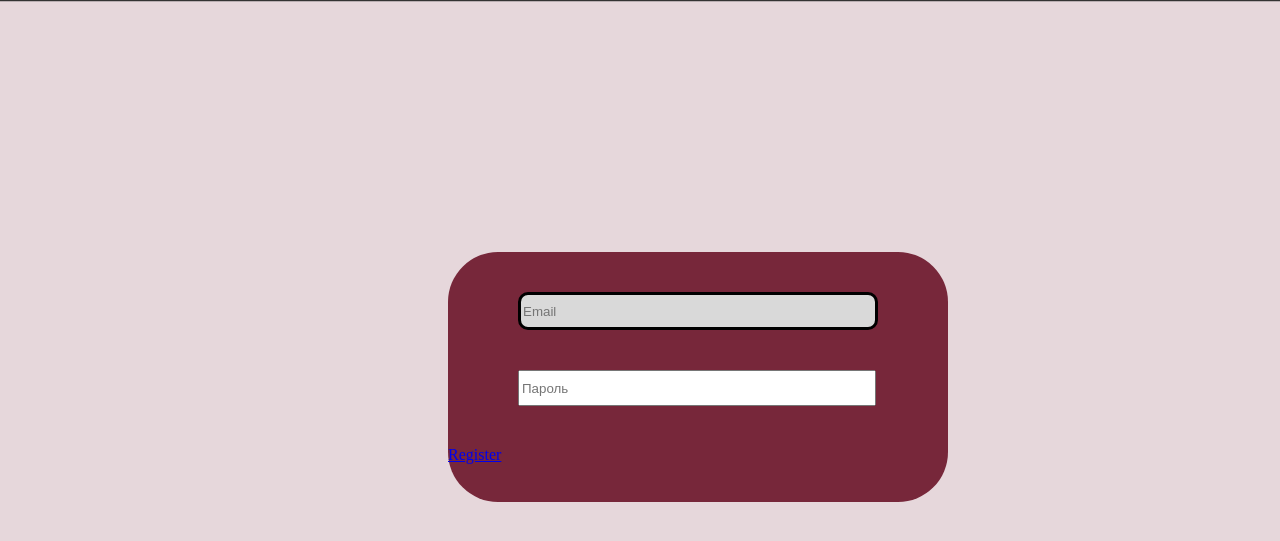
Repository: Kotya2001/FuzzyOps-App
Page: /login (app in frontend/my-app/)
An editor plug-in stored every save of this project. The page is shown before and after the next save, followed by the edit.
The browser window is 1280 px wide. The pictures show the whole page.
The project was rebuilt for these pictures with package versions that can differ from the ones it lists, and the page was loaded fresh each time. Also part of the build but not shown: frontend/my-app/src/pages/Item.js, frontend/my-app/src/pages/Base.js, frontend/my-app/src/pages/Resources.js, frontend/my-app/src/pages/Register.js.

Above is the page before, as saved 2022-09-18 17:50:12.

### frontend/my-app/public/index.html
<!DOCTYPE html>
<html lang="en">
  <head>
    <meta charset="utf-8" />
    <link rel="icon" href="../img/logotype.ico" />
    <meta name="viewport" content="width=device-width, initial-scale=1" />
    <meta name="theme-color" content="#000000" />
    <meta
      name="description"
      content="Web site created using create-react-app"
    />
    <!--
      manifest.json provides metadata used when your web app is installed on a
      user's mobile device or desktop. See https://developers.google.com/web/fundamentals/web-app-manifest/
    -->
    <link rel="manifest" href="%PUBLIC_URL%/manifest.json" />
    <!--
      Notice the use of %PUBLIC_URL% in the tags above.
      It will be replaced with the URL of the `public` folder during the build.
      Only files inside the `public` folder can be referenced from the HTML.

      Unlike "/favicon.ico" or "favicon.ico", "%PUBLIC_URL%/favicon.ico" will
      work correctly both with client-side routing and a non-root public URL.
      Learn how to configure a non-root public URL by running `npm run build`.
    -->
    <title>FuzzyOps</title>
  </head>
  <body>
    <noscript>You need to enable JavaScript to run this app.</noscript>
    <div id="root"></div>
    <!--
      This HTML file is a template.
      If you open it directly in the browser, you will see an empty page.

      You can add webfonts, meta tags, or analytics to this file.
      The build step will place the bundled scripts into the <body> tag.

      To begin the development, run `npm start` or `yarn start`.
      To create a production bundle, use `npm run build` or `yarn build`.
    -->
  </body>
</html>

### frontend/my-app/src/index.js
import React from 'react';
import ReactDOM from 'react-dom/client';
import App from './App';
import reportWebVitals from './reportWebVitals';
// import './firebase';


const root = ReactDOM.createRoot(document.getElementById('root'));
root.render(
  <React.StrictMode>
    <App />
  </React.StrictMode>
);

// If you want to start measuring performance in your app, pass a function
// to log results (for example: reportWebVitals(console.log))
// or send to an analytics endpoint. Learn more: https://bit.ly/CRA-vitals
reportWebVitals();

### frontend/my-app/src/App.js
import Base from './pages/Base';
import Login from './pages/Login';
import Resources from './pages/Resources';
import Register from './pages/Register';
import { BrowserRouter as Router} from 'react-router-dom';
import { Route, Routes } from 'react-router-dom';
import { Provider } from 'react-redux';




const App = () => {
    return (
        <Router>
            <div>
                <Routes>
                    <Route path='/' element={<Base/>}/>
                    <Route path='/register' element={<Register/>}/>
                    <Route path='/login' element={<Login/>}/>
                    <Route path='/resources' element={<Resources/>}/>
                </Routes>
            </div>
        </Router>

    )
}

export default App;

### frontend/my-app/src/pages/Login.js
import React, { Component } from "react";
import { Link } from "react-router-dom";

// import '../src/Styles.css';

export default class Login extends Component {
    render() {
        return (
            <div className="inputForm">
                <input type="text" placeholder="Email" className="type-1"/>
                <input type="text" placeholder="Пароль"/>
                <p>
                    <Link to='/register'>Register</Link>
                </p>
            </div>
        )
    }
}

### frontend/my-app/src/Styles.css
body {
  background-image: url("../src/img/BG.png");

}

.wrapper {
  max-width: 1440px;
  padding-left: 40px;
  padding-right: 40px;
  margin: 0 auto;
}

.header {
  display: flex;
  justify-content: space-between;
  align-items: center;

}

.name {
  font-family: "Rounded Mplus 1c ExtraBold";
  font-size: 48px;
}


.nav {
  display: flex;
  justify-content: center;
  list-style-type: none;
  padding-left: 0;
}

.buttons button {
  background-color: #D48396;
  border: none;
  text-align: center;
  width: 180px;
  height: 60px;
  border-radius: 30px;
  padding: 10px 20px;
  margin-right: 30px;
  margin-top: 10px;
  text-decoration: none;
  color: #000000;
  font-family: "Rounded Mplus 1c Medium";
  font-size: 24px;
}

.buttons button:hover {
  transform: scale(1.15);
  transition: transform 0.25s;
}


.description {
  padding-top: 70px;
  padding-bottom: 70px;
  padding-left: 60px;
}

.title  {
  font-family: "Rounded Mplus 1c Medium";
  font-size: 36px;
  line-height: 0.4;
}


.caption {
  font-family: "Rounded Mplus 1c Medium";
  font-size: 22px;
  color: #CDADAD;
  line-height: 0.3;
}

.start {
  background-color: #D9D9D9;
  border: 3px #000000;
  text-align: center;
  width: 300px;
  height: 60px;
  border-radius: 20px;
  color: #000000;
  font-family: "Rounded Mplus 1c Medium";
  font-size: 22px;
}


/* hide disabled buttons */
.rec.rec-arrow:disabled {
  visibility: hidden;
}

/* disable default outline on focused items */
/* add custom outline on focused items */
.rec-carousel-item:focus {
  outline: none;
  box-shadow: inset 0 0 1px 1px lightgrey;
}

.inputForm {
  background: #77273A;
  width: 500px;
  height: 250px;
  border-radius: 50px;
  position: absolute;
  left: 35%;
  top: 35%;
}

input {
  display:block;
  width: 350px;
  height: 30px;
  margin: 40px 0;
  margin-left: 70px;
}

.type-1 {
  border-radius:10px;
  background: #D9D9D9;
  border: 3px solid #000000;
  transition: .3s border-color;
}

@font-face {
  font-family: "Rounded Mplus 1c ExtraBold";
  src: url("../src/fonts/MPLUSRounded1c-ExtraBold.ttf");
  font-style: normal;
  font-weight: normal;
}

@font-face {
  font-family: "Rounded Mplus 1c Medium";
  src: url("../src/fonts/MPLUSRounded1c-Medium.ttf");
  font-style: normal;
  font-weight: normal;
}

Loaded but not shown: frontend/my-app/src/reportWebVitals.js (common file)

After the next save:
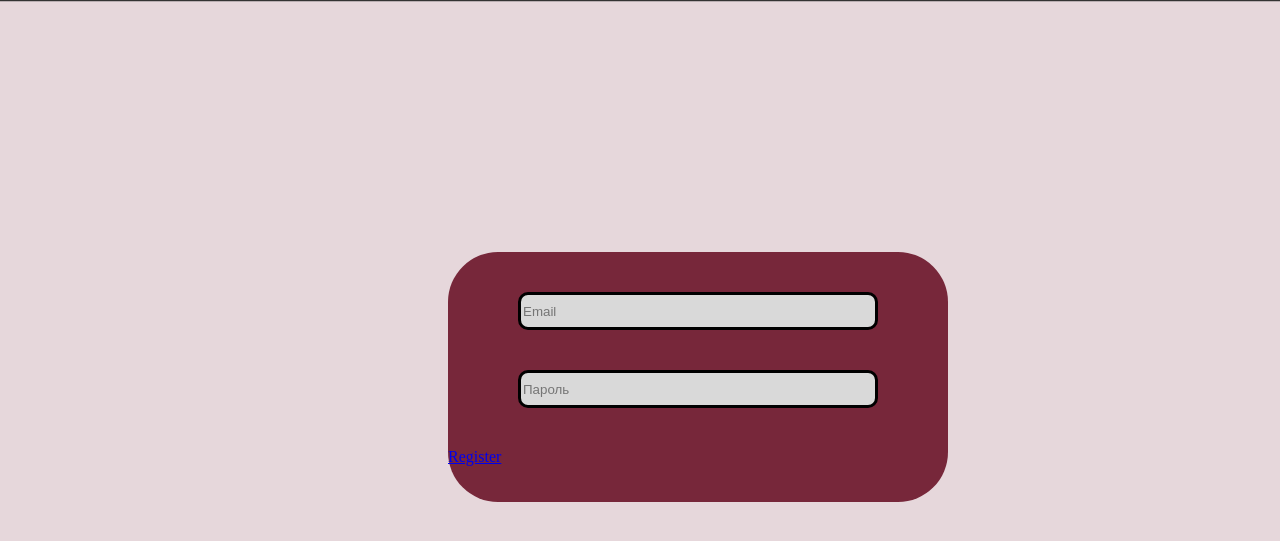
Saved 25 s later.
--- a/frontend/my-app/src/pages/Login.js
+++ b/frontend/my-app/src/pages/Login.js
@@ -8,7 +8,7 @@ export default class Login extends Component {
         return (
             <div className="inputForm">
                 <input type="text" placeholder="Email" className="type-1"/>
-                <input type="text" placeholder="Пароль"/>
+                <input type="text" placeholder="Пароль" className="type-1"/>
                 <p>
                     <Link to='/register'>Register</Link>
                 </p>
